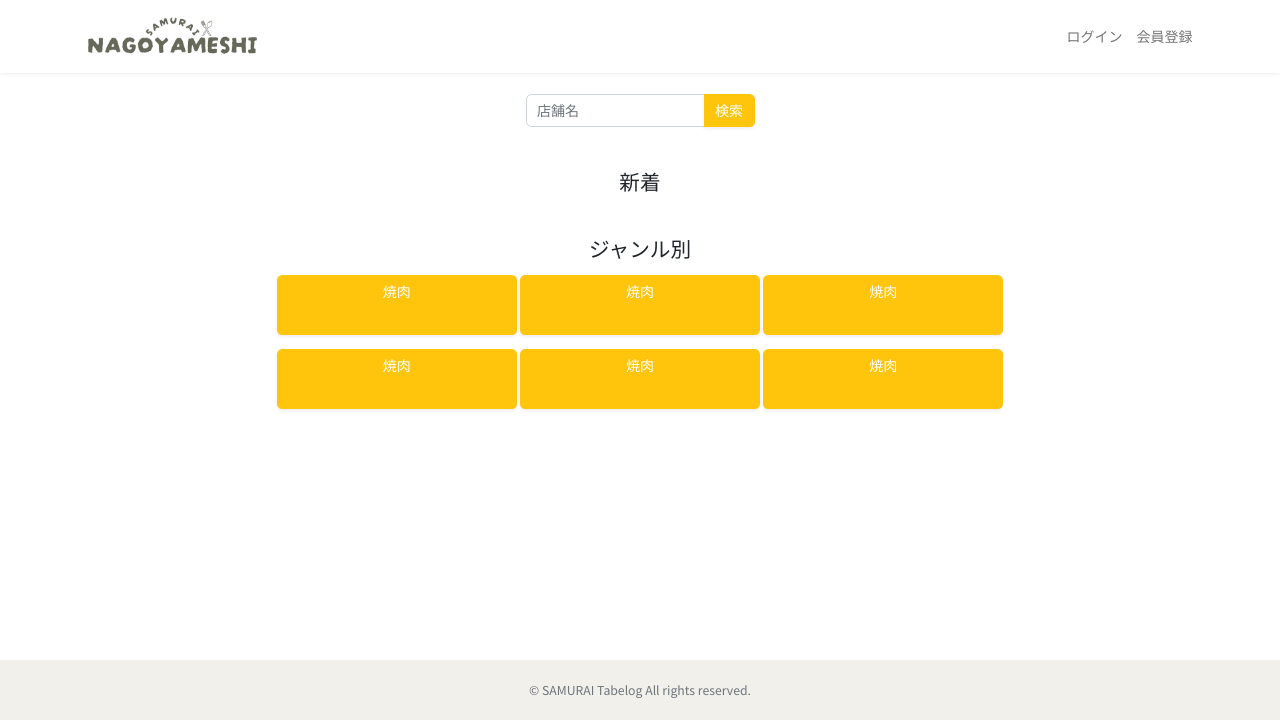
Repository: Mofu-Ya/springboot-tabelog-kadai
Page: http://localhost/index
The author's editor kept a copy of each file at every save. The page is drawn from the files as they stood at one save, then again after the next save.
The browser window is 1280 px wide. The pictures show the whole page.
The page is this project's Thymeleaf template; nobody is signed in. The template is opened directly, without the code that normally fills it, so the values that code supplies are empty.

Above is the page before, as saved 2025-01-18 02:09:50.

After the next save:
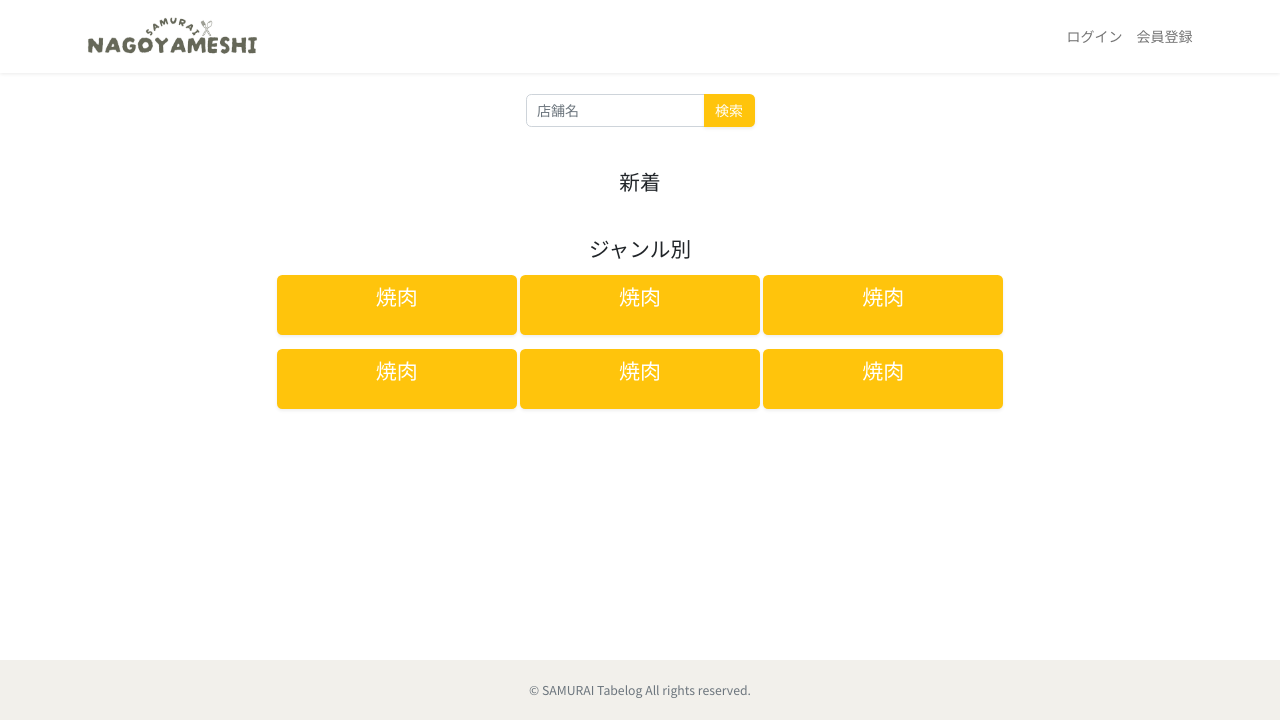
Saved 39 s later.
--- a/kadai_002/samuraitabelog/src/main/resources/static/css/style.css
+++ b/kadai_002/samuraitabelog/src/main/resources/static/css/style.css
@@ -229,6 +229,7 @@ footer {
 .category-btn {
 	width: 240px;
 	height: 60px;
+	font-size: 1.5rem;
 }
 
 
